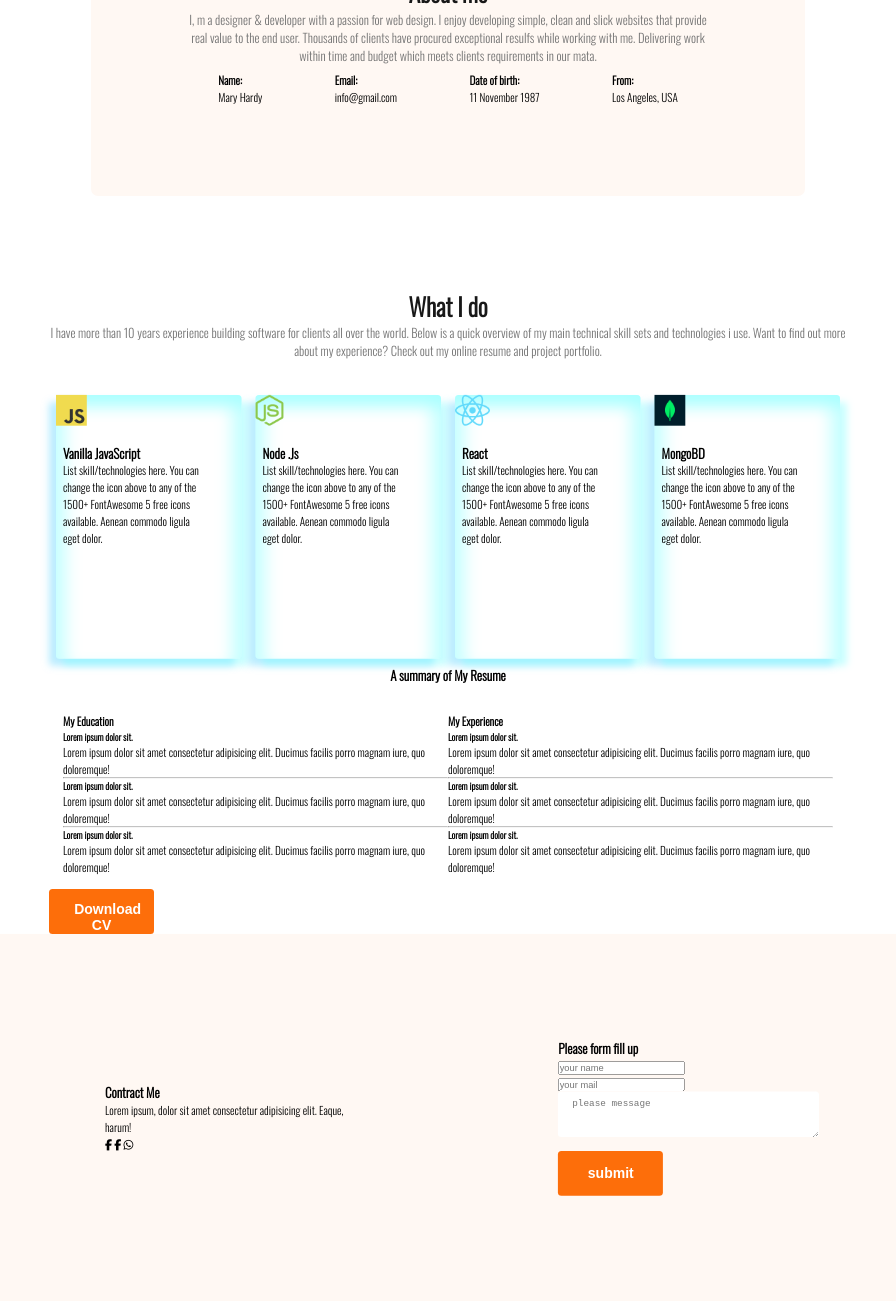
Repository: sumonkumarsarkar/my-website-personal
Page: index.html
An editor plug-in stored every save of this project. The page is shown before and after the next save, followed by the edit.
The browser window is 1280 px wide. The pictures show the part of the page from y = 1173 to 3093 px (the page is 3031 px tall before and 3093 px after), at 70% of full size.

Above is the page before, as saved 2024-01-06 17:53:34.

After the next save:
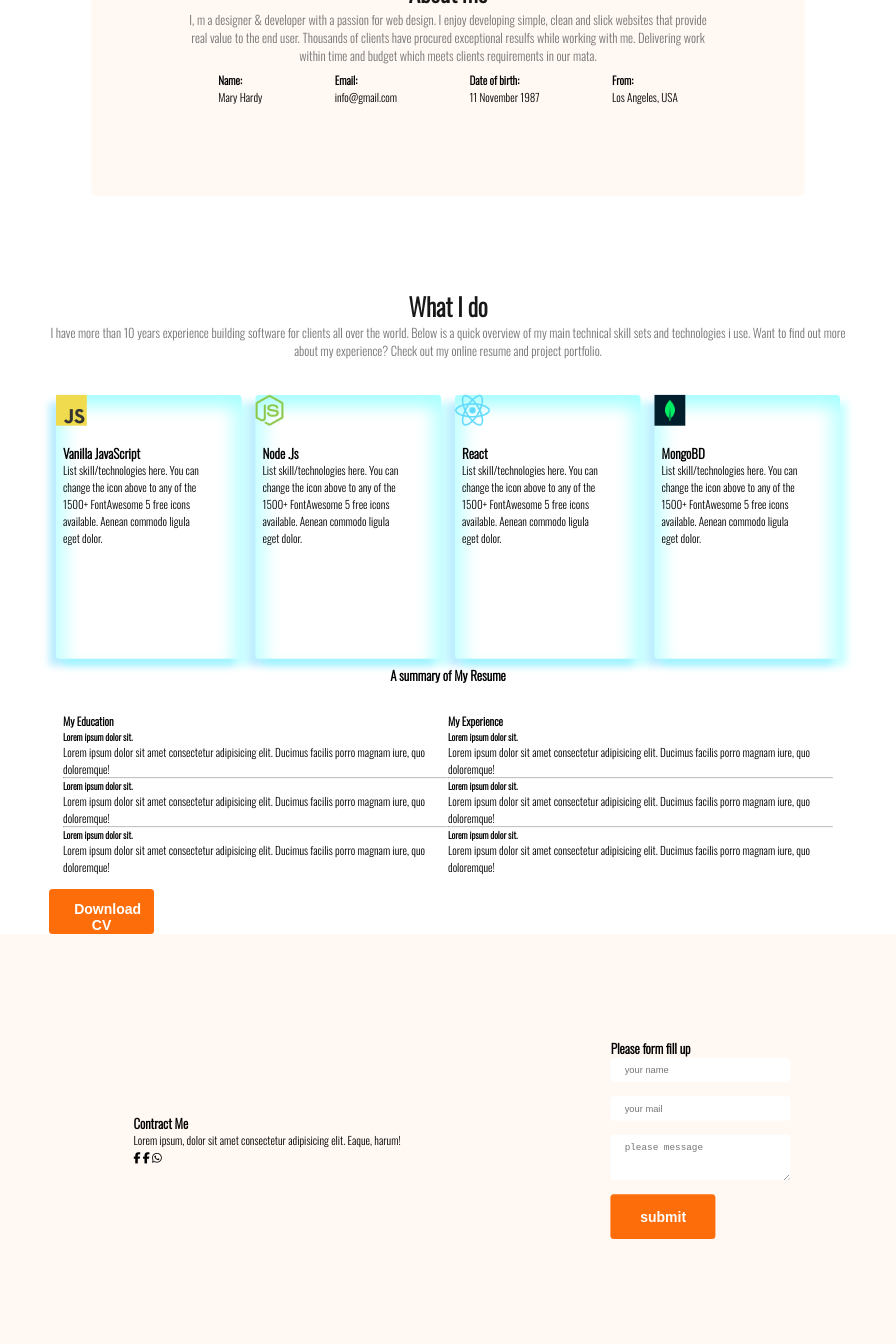
Saved 22 s later.
--- a/style.css
+++ b/style.css
@@ -185,7 +185,7 @@ main{
    padding: 150px 150px;
 
 }
-.contract-form  input[type="text"],  textarea{
+.contract input[type="text"],  textarea{
      margin-bottom: 20px;
     display: block;
     padding: 10px 20px;
